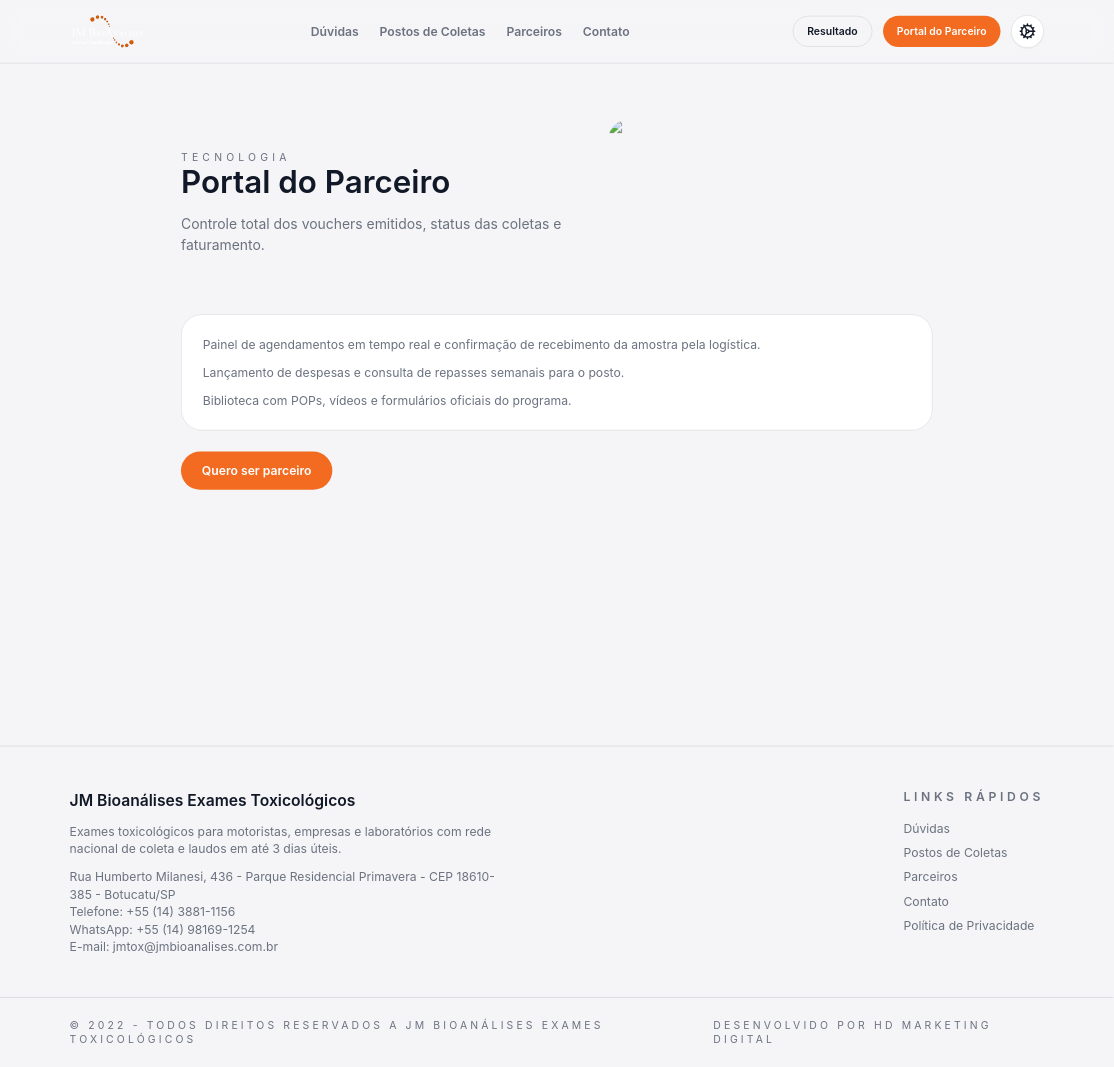
Repository: 1xLab/cat1
Page: /app/parceiros
The author's editor kept a copy of each file at every save. The page is drawn from the files as they stood at one save, then again after the next save.
The browser window is 1280 px wide. The pictures show the whole page, at 87% of full size.
The page's requests for data from a server got no answer. The project was rebuilt for these pictures with package versions that can differ from the ones it lists, and the page was loaded fresh each time. The framework's server and built-in components were replaced by stand-ins that run in the browser. No one was signed in, and anything a server would have sent is missing. Also part of the build but not shown: next.config.ts.

Above is the page before, as saved 2025-11-19 21:48:37.

### src/app/layout.tsx
import type { Metadata } from "next";
import { Geist, Geist_Mono } from "next/font/google";
import "./globals.css";

import { Header } from "@/components/layout/header";
import { Footer } from "@/components/layout/footer";
import { baseMetadata } from "@/lib/seo";
import { LabSchema } from "@/components/seo/lab-schema";
import { TagManager } from "@/components/analytics/tag-manager";

const geistSans = Geist({
  variable: "--font-geist-sans",
  subsets: ["latin"],
});

const geistMono = Geist_Mono({
  variable: "--font-geist-mono",
  subsets: ["latin"],
});

export const metadata: Metadata = baseMetadata;

export default function RootLayout({
  children,
}: Readonly<{
  children: React.ReactNode;
}>) {
  return (
    <html lang="pt-BR" data-theme="sunrise">
      <body className={`${geistSans.variable} ${geistMono.variable} antialiased`}>
        <TagManager />
        <LabSchema />
        <Header />
        <main className="min-h-screen bg-[var(--color-bg)] text-[var(--color-text)]">
          {children}
        </main>
        <Footer />
      </body>
    </html>
  );
}

### src/app/app/parceiros/page.tsx
import Image from "next/image";
import type { Metadata } from "next";
import { Button } from "@/components/ui/button";

const illustration = "/imagens/illustration-app-parceiros.svg";

export const metadata: Metadata = {
  title: "App Parceiros | JM Tox",
};

export default function AppParceirosPage() {
  return (
    <section className="mx-auto max-w-4xl px-4 py-16">
      <div className="grid gap-6 md:grid-cols-[1fr_0.8fr] md:items-center">
        <div>
          <p className="text-xs uppercase tracking-[0.4em] text-[var(--color-text-muted)]">
            Tecnologia
          </p>
          <h1 className="text-4xl font-semibold text-[var(--color-text)]">
            Portal do Parceiro
          </h1>
          <p className="mt-4 text-[var(--color-text-muted)]">
            Controle total dos vouchers emitidos, status das coletas e
            faturamento.
          </p>
        </div>
        <div className="relative h-48 rounded-3xl">
          <Image
            src={illustration}
            alt="Painel do parceiro"
            fill
            className="rounded-3xl object-cover"
            sizes="(min-width: 768px) 350px, 100vw"
          />
        </div>
      </div>
      <ul className="mt-8 space-y-3 rounded-3xl border border-[var(--color-outline)] bg-[var(--color-surface)] p-6 text-sm text-[var(--color-text-muted)]">
        <li>
          Painel de agendamentos em tempo real e confirmação de recebimento da
          amostra pela logística.
        </li>
        <li>
          Lançamento de despesas e consulta de repasses semanais para o posto.
        </li>
        <li>
          Biblioteca com POPs, vídeos e formulários oficiais do programa.
        </li>
      </ul>
      <Button className="mt-6" asChild>
        <a href="/parceiros">Quero ser parceiro</a>
      </Button>
    </section>
  );
}

### src/app/globals.css
@tailwind base;
@tailwind components;
@tailwind utilities;

:root {
  --color-bg: #f5f5f7;
  --color-surface: #ffffff;
  --color-text: #111827;
  --color-text-muted: #6b7280;
  --color-primary: #f26b21;
  --color-primary-dark: #c65310;
  --color-header: #050608;
  --color-outline: rgba(15, 23, 42, 0.1);
}

[data-theme="sunrise"] {
  --color-bg: #f5f5f7;
  --color-surface: #ffffff;
  --color-text: #111827;
  --color-text-muted: #6b7280;
  --color-primary: #f26b21;
  --color-primary-dark: #c65310;
  --color-header: #050608;
}

[data-theme="midnight"] {
  --color-bg: #050608;
  --color-surface: #111827;
  --color-text: #f9fafb;
  --color-text-muted: #9ca3af;
  --color-primary: #f26b21;
  --color-primary-dark: #f26b21;
  --color-header: #000000;
  --color-outline: rgba(255, 255, 255, 0.1);
}

[data-theme="clinical"] {
  --color-bg: #f3f6fb;
  --color-surface: #ffffff;
  --color-text: #0f172a;
  --color-text-muted: #3f4d63;
  --color-primary: #2563eb;
  --color-primary-dark: #1d4ed8;
  --color-header: #0f172a;
  --color-outline: rgba(15, 23, 42, 0.08);
}

[data-theme="high-contrast"] {
  --color-bg: #000000;
  --color-surface: #000000;
  --color-text: #ffffff;
  --color-text-muted: #f3f4f6;
  --color-primary: #ffbf00;
  --color-primary-dark: #f59e0b;
  --color-header: #000000;
  --color-outline: rgba(255, 255, 255, 0.2);
}

[data-theme="dark"] {
  --color-bg: #111436;
  --color-surface: rgba(255, 255, 255, 0.08);
  --color-text: #fefefe;
  --color-text-muted: #d4ddff;
  --color-primary: #f97316;
  --color-primary-dark: #ea580c;
  --color-header: rgba(17, 20, 54, 0.9);
  --color-outline: rgba(255, 255, 255, 0.2);
}

@layer base {
  * {
    box-sizing: border-box;
  }

  body {
    background: var(--color-bg);
    color: var(--color-text);
    font-family: "Inter", system-ui, -apple-system, BlinkMacSystemFont,
      "Segoe UI", sans-serif;
    min-height: 100vh;
  }
}

@layer utilities {
  .text-balance {
    text-wrap: balance;
  }

  .glass-panel {
    background: color-mix(in srgb, var(--color-surface) 90%, transparent);
    backdrop-filter: blur(18px);
    border: 1px solid color-mix(in srgb, var(--color-outline) 80%, transparent);
    border-radius: 1.5rem;
    box-shadow: 0 15px 45px rgba(15, 23, 42, 0.12);
  }
}

### src/components/layout/header.tsx
import Image from "next/image";
import Link from "next/link";
import { ThemeSwitcher } from "@/components/theme-switcher";
import { Button } from "@/components/ui/button";

const navItems = [
  { label: "Dúvidas", href: "/duvidas-frequentes" },
  { label: "Postos de Coletas", href: "/postos-de-coletas" },
  { label: "Parceiros", href: "/parceiros" },
  { label: "Contato", href: "/contato" },
];

export function Header() {
  return (
    <header className="sticky top-0 z-40 border-b border-[var(--color-outline)] bg-[var(--color-header)]/15 backdrop-blur-md">
      <div className="container mx-auto flex max-w-6xl items-center justify-between gap-4 px-4 py-4">
        <Link href="/" className="flex items-center gap-3">
          <Image
            src="/logo-jm-bioanalises-branco.png"
            alt="JM Bioanálises"
            width={150}
            height={42}
            className="h-10 w-auto"
            priority
          />
          <span className="sr-only">JM Bioanálises</span>
        </Link>
        <nav className="hidden items-center gap-6 text-sm font-semibold text-[var(--color-text-muted)] lg:flex">
          {navItems.map((item) => (
            <Link
              key={item.href}
              href={item.href}
              className="transition hover:text-[var(--color-text)]"
            >
              {item.label}
            </Link>
          ))}
        </nav>
        <div className="flex items-center gap-3">
          <Button asChild variant="outline" size="sm">
            <Link href="/duvidas-frequentes#resultado-online">Resultado</Link>
          </Button>
          <Button asChild size="sm">
            <Link href="/parceiros">Portal do Parceiro</Link>
          </Button>
          <ThemeSwitcher />
        </div>
      </div>
      <div className="border-t border-[var(--color-outline)] bg-[var(--color-header)] px-4 py-3 lg:hidden">
        <nav className="flex flex-wrap gap-3 text-sm font-semibold text-[var(--color-text-muted)]">
          {navItems.map((item) => (
            <Link
              key={item.href}
              href={item.href}
              className="rounded-full border border-gray-600 px-3 py-1 transition hover:border-[var(--color-primary)] hover:text-white"
            >
              {item.label}
            </Link>
          ))}
        </nav>
      </div>
    </header>
  );
}

### src/components/layout/footer.tsx
import Link from "next/link";

import { siteConfig } from "@/lib/site";

const quickLinks = [
  { label: "Dúvidas", href: "/duvidas-frequentes" },
  { label: "Postos de Coletas", href: "/postos-de-coletas" },
  { label: "Parceiros", href: "/parceiros" },
  { label: "Contato", href: "/contato" },
  { label: "Política de Privacidade", href: "/politica-de-privacidade" },
];

export function Footer() {
  return (
    <footer className="mt-16 border-t border-[var(--color-outline)] bg-[var(--color-surface)]/95">
      <div className="mx-auto flex max-w-6xl flex-col gap-8 px-4 py-12 md:flex-row md:justify-between">
        <div className="max-w-lg space-y-3">
          <p className="text-lg font-semibold text-[var(--color-text)]">
            {siteConfig.name}
          </p>
          <p className="text-sm text-[var(--color-text-muted)]">
            {siteConfig.description}
          </p>
          <div className="text-sm text-[var(--color-text-muted)]">
            <p>{siteConfig.address}</p>
            <p>Telefone: {siteConfig.contacts.phone}</p>
            <p>WhatsApp: {siteConfig.contacts.mobile}</p>
            <p>E-mail: {siteConfig.contacts.email}</p>
          </div>
        </div>
        <div>
          <p className="text-sm font-semibold uppercase tracking-[0.3em] text-[var(--color-text-muted)]">
            Links rápidos
          </p>
          <ul className="mt-4 space-y-2 text-sm">
            {quickLinks.map((link) => (
              <li key={link.href}>
                <Link
                  href={link.href}
                  className="text-[var(--color-text-muted)] transition hover:text-[var(--color-text)]"
                >
                  {link.label}
                </Link>
              </li>
            ))}
          </ul>
        </div>
      </div>
      <div className="border-t border-[var(--color-outline)]">
        <div className="mx-auto flex max-w-6xl flex-col gap-2 px-4 py-6 text-xs uppercase tracking-[0.3em] text-[var(--color-text-muted)] md:flex-row md:items-center md:justify-between">
          <p>
            © 2022 - Todos Direitos Reservados a JM Bioanálises Exames Toxicológicos
          </p>
          <p>Desenvolvido por HD Marketing Digital</p>
        </div>
      </div>
    </footer>
  );
}

### src/lib/seo.ts
import type { Metadata } from "next";
import { siteConfig } from "./site";

type SEOParams = {
  title?: string;
  description?: string;
  path?: string;
};

export const baseMetadata: Metadata = {
  metadataBase: new URL(siteConfig.url),
  title: {
    default: `${siteConfig.name} | Laboratório de Toxicologia`,
    template: `%s | ${siteConfig.name}`,
  },
  description: siteConfig.description,
  openGraph: {
    type: "website",
    url: siteConfig.url,
    title: siteConfig.name,
    description: siteConfig.description,
    images: [
      {
        url: siteConfig.ogImage,
        width: 1200,
        height: 630,
        alt: siteConfig.name,
      },
    ],
  },
  twitter: {
    card: "summary_large_image",
    title: siteConfig.name,
    description: siteConfig.description,
    images: [siteConfig.ogImage],
  },
  icons: {
    icon: "/favicon.ico",
  },
};

export const generatePageMetadata = ({
  title,
  description,
  path = "",
}: SEOParams): Metadata => ({
  ...baseMetadata,
  title,
  description,
  alternates: {
    canonical: path ? `${siteConfig.url}${path}` : siteConfig.url,
  },
});

### src/components/seo/lab-schema.tsx
export function LabSchema() {
  const jsonLd = {
    "@context": "https://schema.org",
    "@type": "MedicalOrganization",
    name: "JM Bioanálises Exames Toxicológicos",
    url: "https://jmtox.com.br",
    address: {
      "@type": "PostalAddress",
      streetAddress:
        "Rua Humberto Milanesi, 436 - Parque Residencial Primavera",
      addressLocality: "Botucatu",
      addressRegion: "SP",
      postalCode: "18610-385",
      addressCountry: "BR",
    },
    contactPoint: {
      "@type": "ContactPoint",
      telephone: "+55-14-3881-1156",
      contactType: "customer service",
      availableLanguage: ["Portuguese", "English"],
    },
    sameAs: ["https://www.linkedin.com/company/jmbioanalises"],
    medicalSpecialty: ["Toxicologic"],
  };

  return (
    <script
      type="application/ld+json"
      dangerouslySetInnerHTML={{ __html: JSON.stringify(jsonLd) }}
    />
  );
}

### src/components/analytics/tag-manager.tsx
"use client";

import Script from "next/script";

export function TagManager() {
  const id = process.env.NEXT_PUBLIC_GTM_ID;
  if (!id) return null;

  return (
    <>
      <Script id="gtm-loader">
        {`
          (function(w,d,s,l,i){w[l]=w[l]||[];w[l].push({'gtm.start':
          new Date().getTime(),event:'gtm.js'});var f=d.getElementsByTagName(s)[0],
          j=d.createElement(s),dl=l!='dataLayer'?'&l='+l:'';j.async=true;j.src=
          'https://www.googletagmanager.com/gtm.js?id='+i+dl;f.parentNode.insertBefore(j,f);
          })(window,document,'script','dataLayer','${id}');
        `}
      </Script>
      <noscript>
        <iframe
          src={`https://www.googletagmanager.com/ns.html?id=${id}`}
          height="0"
          width="0"
          style={{ display: "none", visibility: "hidden" }}
        />
      </noscript>
    </>
  );
}

### src/components/ui/button.tsx
"use client";

import * as React from "react";
import { Slot } from "@radix-ui/react-slot";
import { cva, type VariantProps } from "class-variance-authority";

import { cn } from "@/lib/utils";

const buttonVariants = cva(
  "inline-flex items-center justify-center whitespace-nowrap rounded-full text-sm font-semibold transition focus-visible:outline-none focus-visible:ring-2 focus-visible:ring-[var(--color-primary)] disabled:pointer-events-none disabled:opacity-60",
  {
    variants: {
      variant: {
        default:
          "bg-[var(--color-primary)] text-white hover:bg-[var(--color-primary-dark)]",
        secondary:
          "bg-[var(--color-surface)] text-[var(--color-text)] border border-[var(--color-outline)] hover:border-[var(--color-primary)]",
        outline:
          "border border-[var(--color-outline)] text-[var(--color-text)] hover:border-[var(--color-primary)] hover:text-[var(--color-text)]",
        ghost: "text-[var(--color-text)] hover:bg-[var(--color-outline)]/30",
        link: "underline-offset-4 text-[var(--color-primary)] hover:underline",
      },
      size: {
        default: "h-11 px-6",
        sm: "h-9 px-4 text-xs",
        lg: "h-12 px-8 text-base",
        icon: "h-10 w-10",
      },
    },
    defaultVariants: {
      variant: "default",
      size: "default",
    },
  }
);

export interface ButtonProps
  extends React.ButtonHTMLAttributes<HTMLButtonElement>,
    VariantProps<typeof buttonVariants> {
  asChild?: boolean;
}

const Button = React.forwardRef<HTMLButtonElement, ButtonProps>(
  ({ className, variant, size, asChild = false, ...props }, ref) => {
    const Comp = asChild ? Slot : "button";
    return (
      <Comp
        className={cn(buttonVariants({ variant, size, className }))}
        ref={ref}
        {...props}
      />
    );
  }
);
Button.displayName = "Button";

export { Button, buttonVariants };

### src/components/theme-switcher.tsx
"use client";

import { useEffect, useState } from "react";
import { Cog, Check } from "lucide-react";
import { cn } from "@/lib/utils";

const themes = [
  { id: "sunrise", name: "Sunrise Light", description: "Luz natural com laranja vibrante." },
  { id: "midnight", name: "Midnight Dark", description: "Interface escura para salas de comando." },
  { id: "clinical", name: "Clinical Light", description: "Azul clínico com fundos neutros." },
  { id: "high-contrast", name: "High Contrast", description: "Alto contraste para máxima leitura." },
];

function applyThemeValue(
  value: string,
  setTheme: (theme: string) => void
) {
  const next = themes.find((item) => item.id === value) ? value : "sunrise";
  setTheme(next);
  document.documentElement.setAttribute("data-theme", next);
  try {
    localStorage.setItem("jmbio-theme", next);
  } catch {
    /* ignore */
  }
}

export function ThemeSwitcher() {
  const [open, setOpen] = useState(false);
  const [theme, setTheme] = useState("sunrise");

  useEffect(() => {
    let stored = "sunrise";
    try {
      stored = localStorage.getItem("jmbio-theme") || "sunrise";
    } catch {
      stored = "sunrise";
    }
    applyThemeValue(stored, setTheme);
  }, []);

  function apply(value: string) {
    applyThemeValue(value, setTheme);
  }

  return (
    <div className="relative">
      <button
        aria-label="Alterar tema do site"
        className="rounded-full border border-[var(--color-outline)] bg-[var(--color-surface)] p-2 text-[var(--color-text)] shadow-sm transition hover:shadow-md"
        onClick={() => setOpen((prev) => !prev)}
      >
        <Cog className="h-5 w-5" />
      </button>
      {open && (
        <div className="absolute right-0 z-50 mt-3 w-64 rounded-2xl border border-[var(--color-outline)] bg-[var(--color-surface)] p-4 shadow-xl">
          <p className="text-xs font-semibold uppercase tracking-[0.3em] text-[var(--color-text-muted)]">
            Temas
          </p>
          <div className="mt-3 space-y-2">
            {themes.map((item) => (
              <button
                key={item.id}
                className={cn(
                  "flex w-full items-start gap-2 rounded-2xl border border-transparent p-3 text-left transition hover:border-[var(--color-outline)]",
                  theme === item.id && "border-[var(--color-primary)] bg-[var(--color-primary)]/10"
                )}
                onClick={() => apply(item.id)}
              >
                <span className="mt-1 text-[var(--color-primary)]">
                  {theme === item.id ? <Check className="h-4 w-4" /> : <span className="block h-4 w-4 rounded-full border border-[var(--color-outline)]" />}
                </span>
                <span>
                  <span className="font-semibold text-[var(--color-text)]">{item.name}</span>
                  <span className="block text-xs text-[var(--color-text-muted)]">{item.description}</span>
                </span>
              </button>
            ))}
          </div>
        </div>
      )}
    </div>
  );
}

### src/lib/site.ts
export const siteConfig = {
  name: "JM Bioanálises Exames Toxicológicos",
  description:
    "Exames toxicológicos para motoristas, empresas e laboratórios com rede nacional de coleta e laudos em até 3 dias úteis.",
  url: "https://jmtox.com.br",
  ogImage: "/logo-jm-bioanalises-branco.png",
  social: {
    linkedin: "https://www.linkedin.com/company/jmbioanalises",
    whatsapp: "https://api.whatsapp.com/send?phone=5514981691254",
  },
  contacts: {
    phone: "+55 (14) 3881-1156",
    mobile: "+55 (14) 98169-1254",
    email: "jmtox@jmbioanalises.com.br",
  },
  address:
    "Rua Humberto Milanesi, 436 - Parque Residencial Primavera - CEP 18610-385 - Botucatu/SP",
};

export type SiteConfig = typeof siteConfig;

### src/lib/utils.ts
import { type ClassValue, clsx } from "clsx";
import { twMerge } from "tailwind-merge";

export function cn(...inputs: ClassValue[]) {
  return twMerge(clsx(inputs));
}

export function formatPhone(phone: string) {
  const digits = phone.replace(/\D/g, "");
  const match = digits.match(/^(\d{2})(\d{5})(\d{4})$/);
  if (!match) return phone;
  return `(${match[1]}) ${match[2]}-${match[3]}`;
}

export function slugify(value: string) {
  return value
    .toLowerCase()
    .normalize("NFD")
    .replace(/[\u0300-\u036f]/g, "")
    .replace(/[^a-z0-9]+/g, "-")
    .replace(/(^-|-$)+/g, "");
}

export function formatIsoDate(date: string) {
  return new Date(date).toLocaleDateString("pt-BR", {
    day: "2-digit",
    month: "short",
    year: "numeric",
  });
}

### tailwind.config.ts
import type { Config } from "tailwindcss";
import { fontFamily } from "tailwindcss/defaultTheme";
import animate from "tailwindcss-animate";

const config: Config = {
  darkMode: ["class"],
  content: ["./src/**/*.{ts,tsx}"],
  theme: {
    container: {
      center: true,
      padding: {
        DEFAULT: "1.5rem",
        md: "2rem",
      },
      screens: {
        "2xl": "1320px",
      },
    },
    extend: {
      colors: {
        border: "hsl(var(--border))",
        input: "hsl(var(--input))",
        ring: "hsl(var(--ring))",
        background: "hsl(var(--background))",
        foreground: "hsl(var(--foreground))",
        primary: {
          DEFAULT: "hsl(var(--primary))",
          foreground: "hsl(var(--primary-foreground))",
        },
        secondary: {
          DEFAULT: "hsl(var(--secondary))",
          foreground: "hsl(var(--secondary-foreground))",
        },
        muted: {
          DEFAULT: "hsl(var(--muted))",
          foreground: "hsl(var(--muted-foreground))",
        },
        accent: {
          DEFAULT: "hsl(var(--accent))",
          foreground: "hsl(var(--accent-foreground))",
        },
        destructive: {
          DEFAULT: "hsl(var(--destructive))",
          foreground: "hsl(var(--destructive-foreground))",
        },
        card: {
          DEFAULT: "hsl(var(--card))",
          foreground: "hsl(var(--card-foreground))",
        },
      },
      borderRadius: {
        lg: "var(--radius)",
        md: "calc(var(--radius) - 2px)",
        sm: "calc(var(--radius) - 4px)",
      },
      fontFamily: {
        sans: ["var(--font-geist-sans)", ...fontFamily.sans],
        mono: ["var(--font-geist-mono)", ...fontFamily.mono],
      },
      backgroundImage: {
        "grid-fade":
          "radial-gradient(circle at 20% 20%, hsla(var(--primary),0.25), transparent 55%), radial-gradient(circle at 80% 0%, hsla(var(--accent),0.3), transparent 60%)",
      },
    },
  },
  plugins: [animate],
};

export default config;

After the next save:
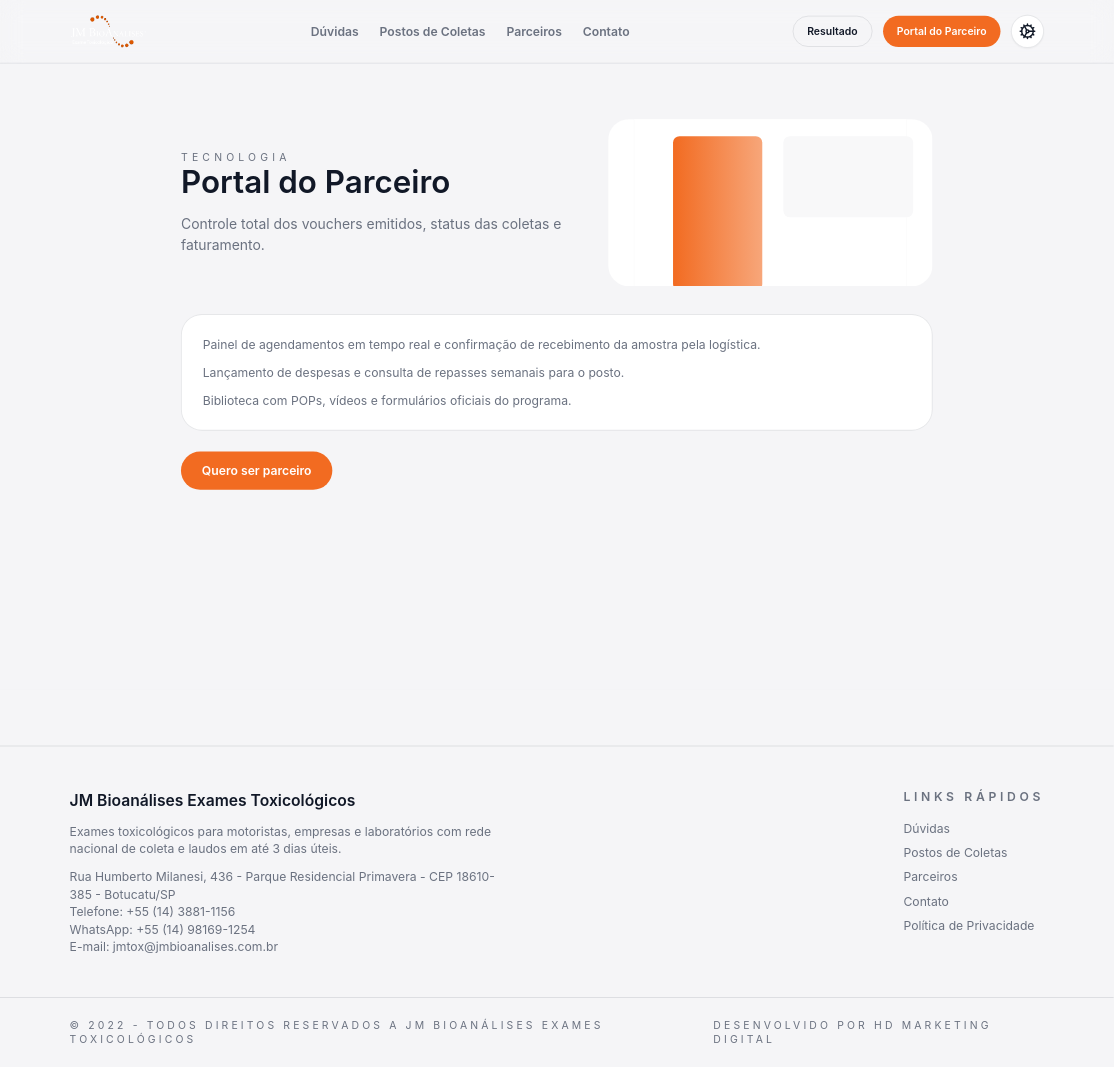
Saved 5 s later.
--- a/src/app/app/parceiros/page.tsx
+++ b/src/app/app/parceiros/page.tsx
@@ -2,7 +2,7 @@ import Image from "next/image";
 import type { Metadata } from "next";
 import { Button } from "@/components/ui/button";
 
-const illustration = "/imagens/illustration-app-parceiros.svg";
+const illustration = "/imagens/illustration-app-parceiros-clean.svg";
 
 export const metadata: Metadata = {
   title: "App Parceiros | JM Tox",
